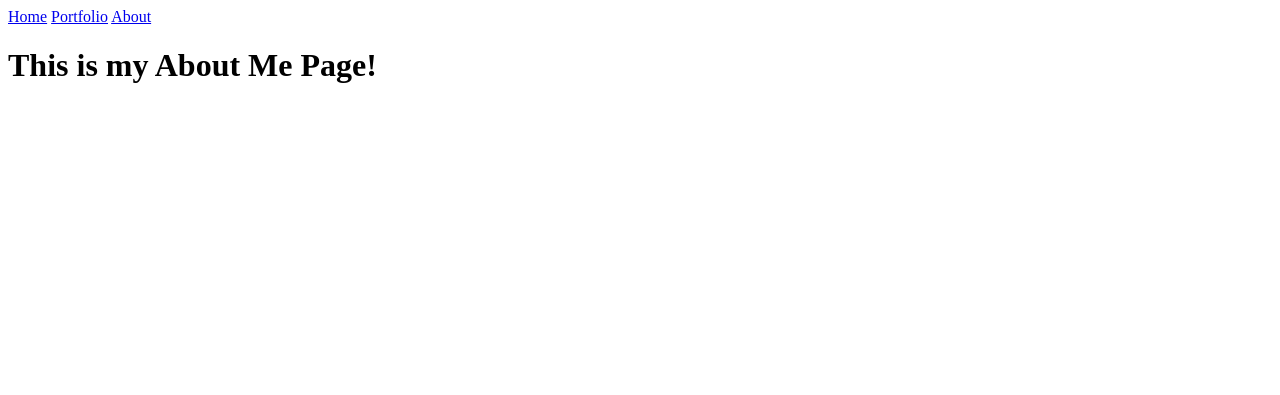
Repository: dmier71/dmier71.github.io
Page: my_website/about.html
The author's editor kept a record of every edit. The page is drawn from the files as they stood at one moment, then again after the next edit.
The browser window is 1280 px wide. The pictures show the whole page.

Above is the page before.

### my_website/about.html
<!doctype html>
	<html lang="en">
	  <head>
	    <meta charset="utf-8">
	    <title>Portfolio</title>
	  </head>
	  <body>
    <a href="index.html">Home</a>
    <a href="portfolio.html">Portfolio</a>
    <a href="about.html">About</a>
    <h1>This is my About Me Page!</h1>
    </a>
	  </body>
	</html>

After the next edit:
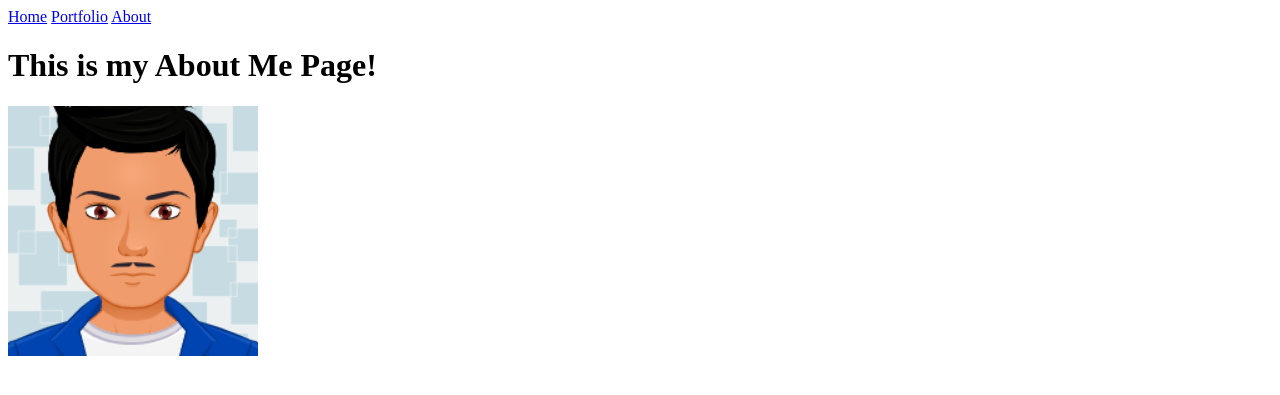
The edit:
--- a/my_website/about.html
+++ b/my_website/about.html
@@ -9,6 +9,6 @@
     <a href="portfolio.html">Portfolio</a>
     <a href="about.html">About</a>
     <h1>This is my About Me Page!</h1>
-    </a>
+    <img src="images/myAvatar.png" height="250">
 	  </body>
 	</html>
